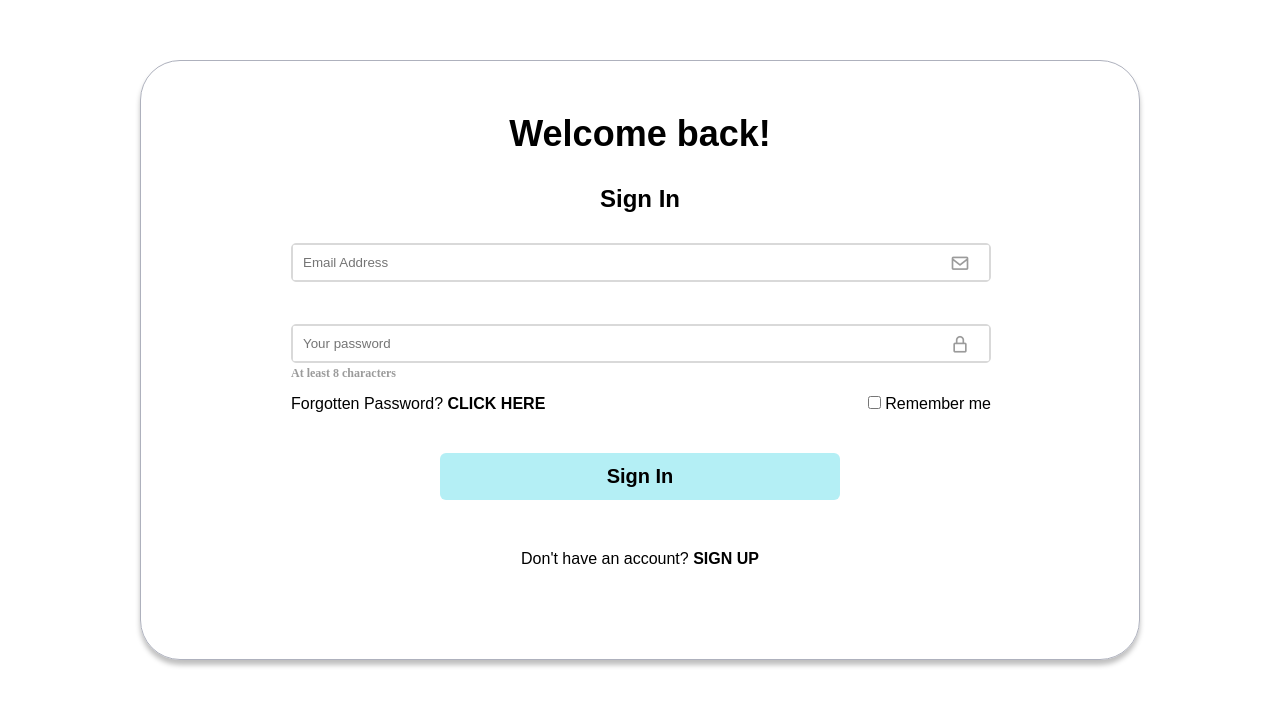
Repository: Rellzcodez/Group1-Team8
Page: pages/signin.html
The author's editor kept a copy of each file at every save. The page is drawn from the files as they stood at one save, then again after the next save.
The browser window is 1280 px wide. The pictures show the whole page.
The pointer rests on the first visible `.signup a`.

Above is the page before, as saved 2022-09-11 20:13:21.

After the next save:
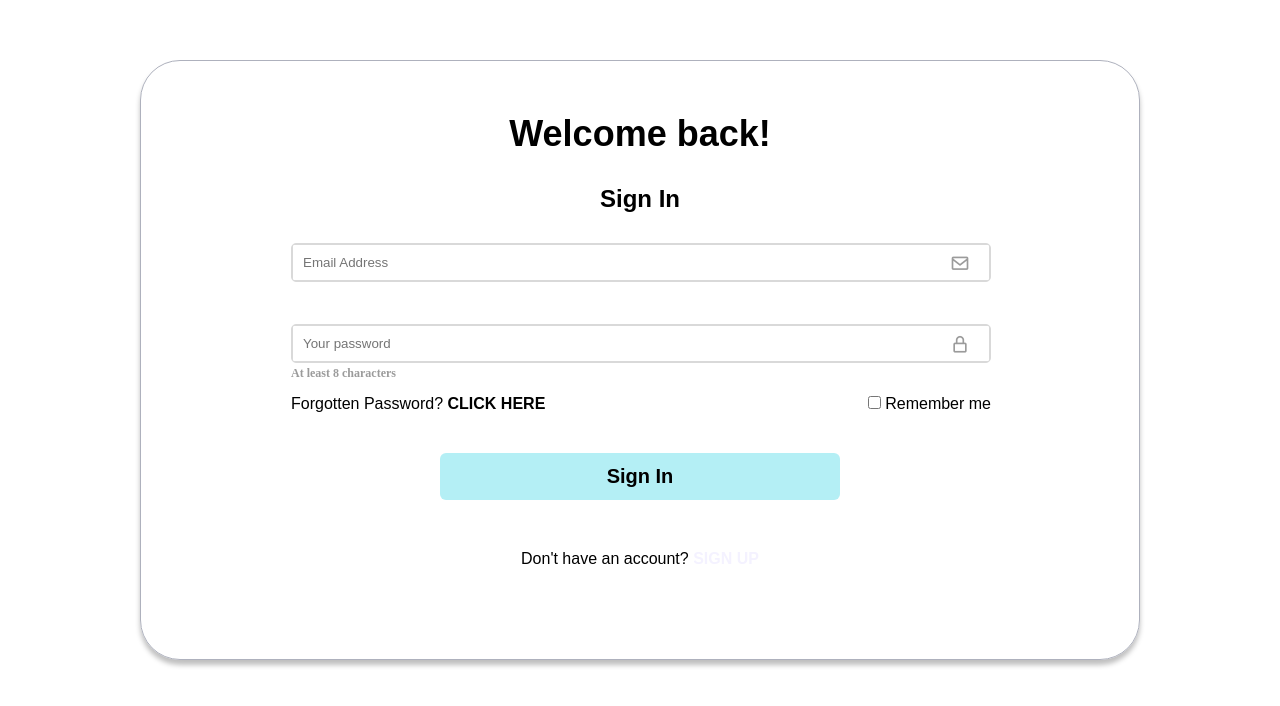
Saved 7 s later.
--- a/css/signin.css
+++ b/css/signin.css
@@ -235,7 +235,7 @@
     text-decoration: none;
 }
 .signup a:hover{
-    color: ;
+    color: #F4F2FF;
 }
 
 button:hover {

After the save that followed:
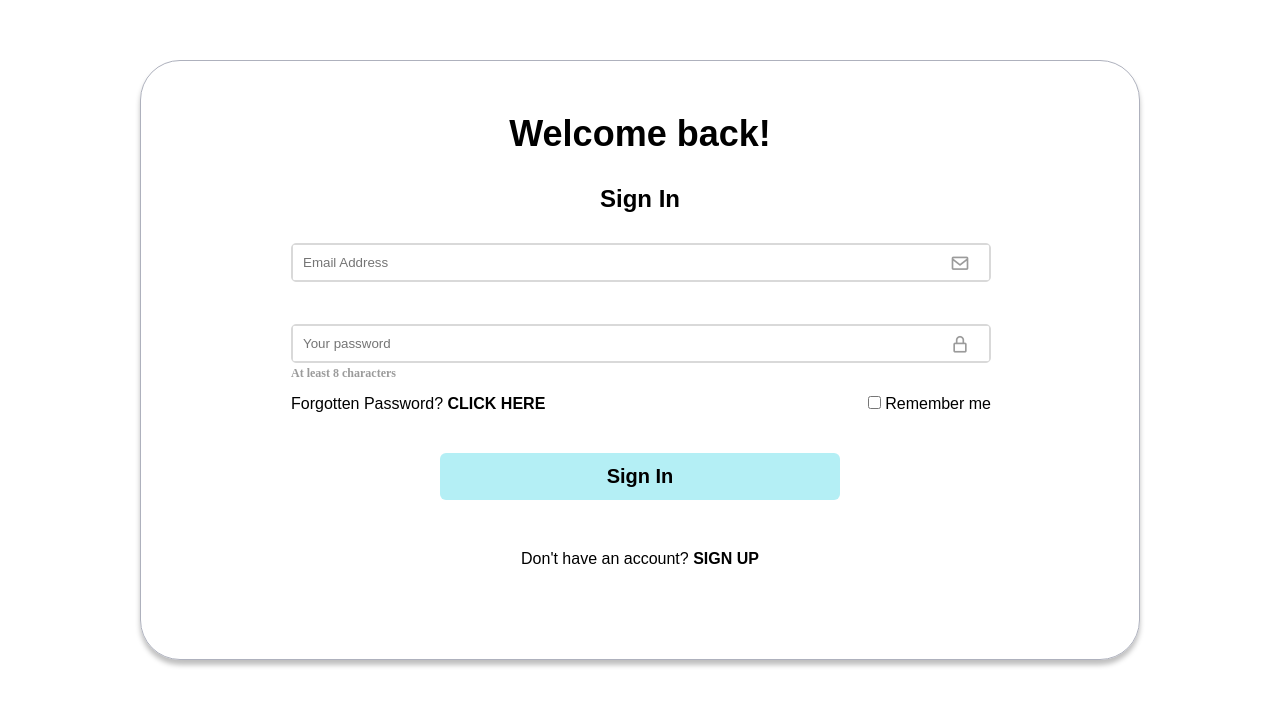
Saved 7 s later.
--- a/css/signin.css
+++ b/css/signin.css
@@ -235,7 +235,7 @@
     text-decoration: none;
 }
 .signup a:hover{
-    color: #F4F2FF;
+    color: #
 }
 
 button:hover {
